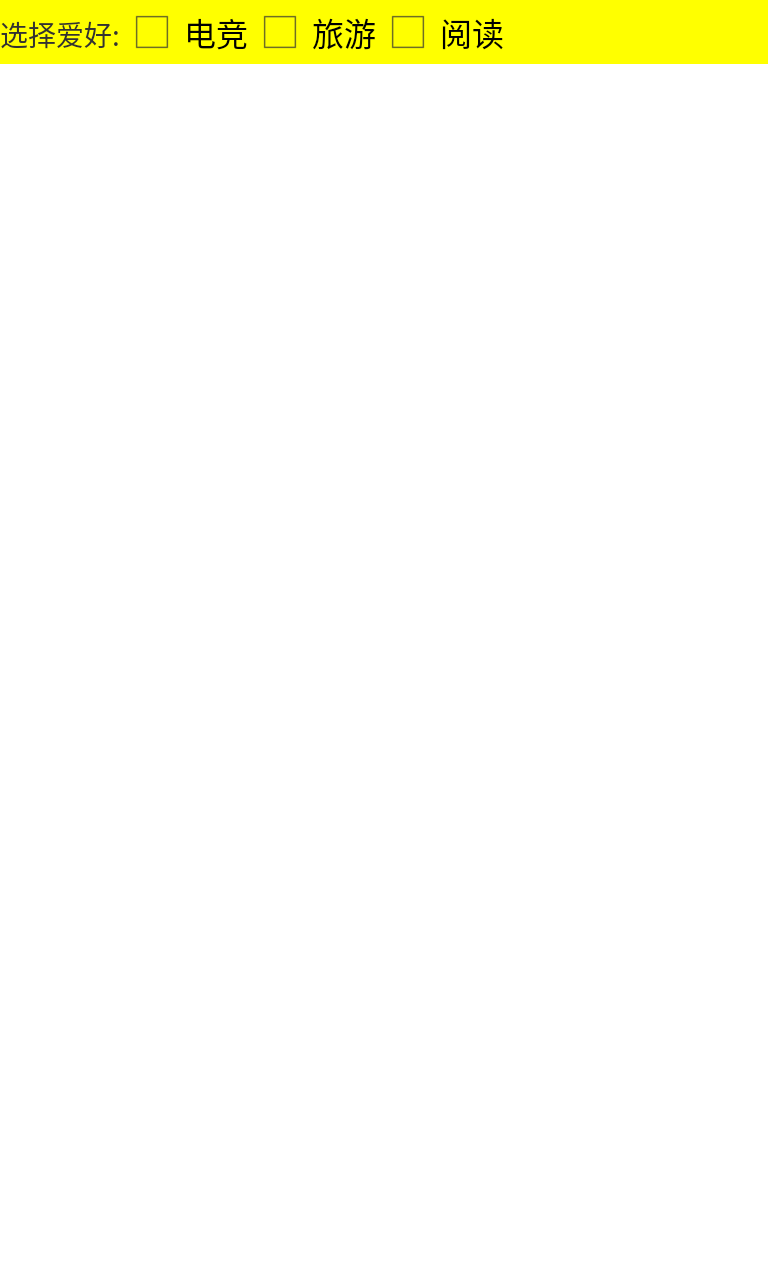
Repository: ling-cen/demo
Layout: UI_CheckBOx/res/layout/checkbox_layout.xml
The author's editor kept a copy of each file at every save. The layout is drawn from the files as they stood at one save, then again after the next save.
It is drawn on a 768 x 1280 px phone screen (xhdpi) without system bars, with theme AppTheme; the app's code is not run.

Above is the layout before, as saved 2018-12-13 07:05:14.

After the next save:
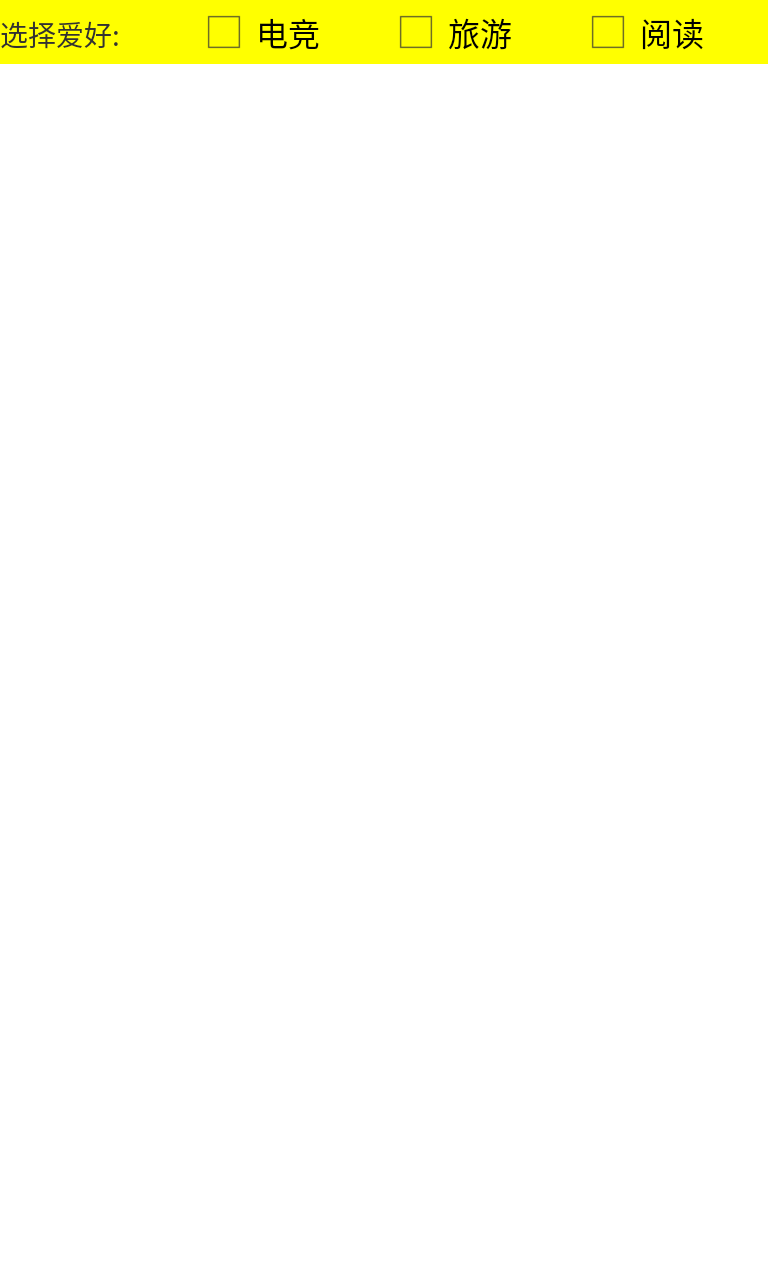
Saved 67 s later.
--- a/UI_CheckBOx/res/layout/checkbox_layout.xml
+++ b/UI_CheckBOx/res/layout/checkbox_layout.xml
@@ -9,24 +9,30 @@
         android:layout_height="wrap_content"
         android:background="#FFFF00"
         android:orientation="horizontal" >
+
         <TextView
-            android:layout_width="wrap_content"
+            android:layout_width="0dp"
             android:layout_height="wrap_content"
-            android:text="选择爱好:"
-            />
+            android:layout_weight="1"
+            android:text="选择爱好:" />
+
         <CheckBox
-            android:layout_width="wrap_content"
+            android:layout_width="0dp"
             android:layout_height="wrap_content"
+            android:layout_weight="1"
+            android:layout_weight="1"
             android:text="电竞" />
 
         <CheckBox
-            android:layout_width="wrap_content"
+            android:layout_width="0dp"
             android:layout_height="wrap_content"
+            android:layout_weight="1"
             android:text="旅游" />
 
         <CheckBox
-            android:layout_width="wrap_content"
+            android:layout_width="0dp"
             android:layout_height="wrap_content"
+            android:layout_weight="1"
             android:text="阅读" />
     </LinearLayout>
 
